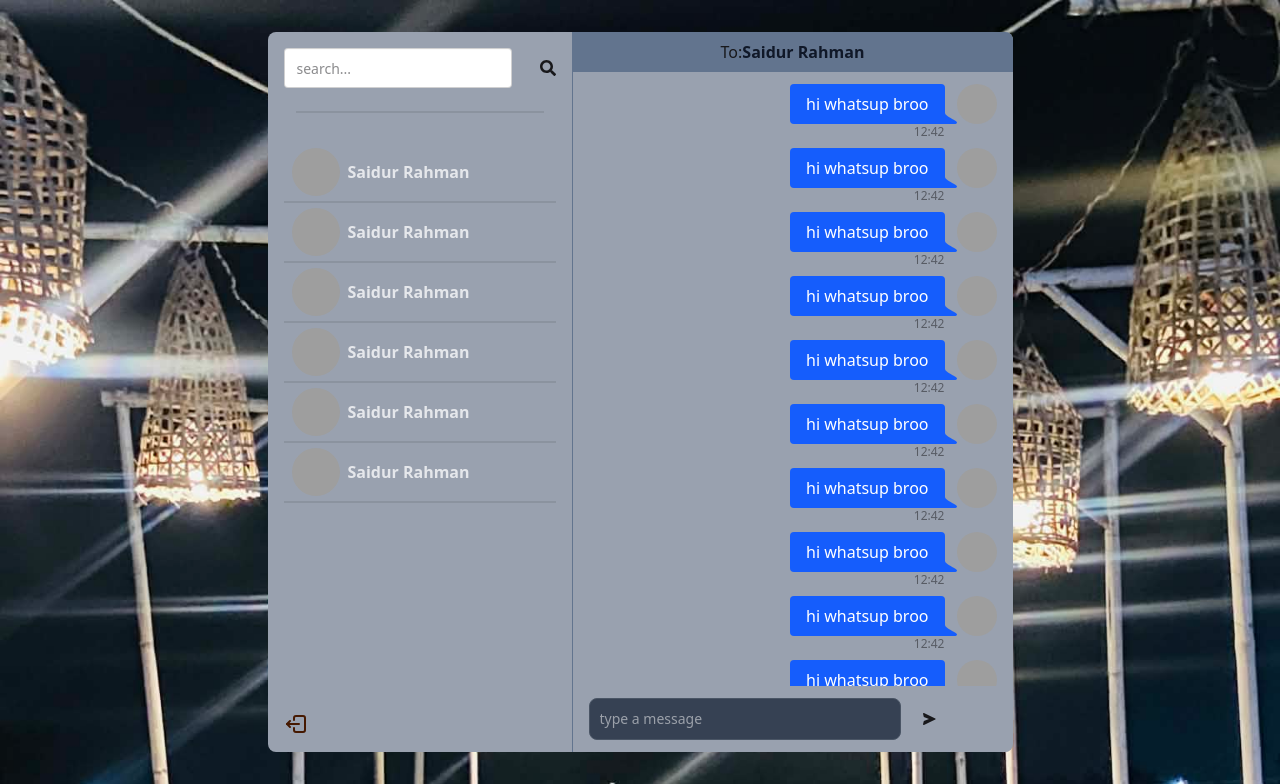
Repository: ridhukhan/chatapp
Page: / (app in frontend/)
An editor plug-in stored every save of this project. The page is shown before and after the next save, followed by the edit.
The browser window is 1280 px wide. The pictures show the whole page.
Pictures or frames that could not be fetched are drawn as grey boxes. An inner scrolling area shows only its first screen. Backgrounds fixed to the window are drawn as part of the page. The project was rebuilt for these pictures with package versions that can differ from the ones it lists, and the page was loaded fresh each time. Also part of the build but not shown: frontend/vite.config.js, frontend/src/Pages/login/Login.jsx, frontend/src/Pages/signup/GendarCheckbox.jsx, frontend/src/Pages/signup/SignUp.jsx.

Above is the page before, as saved 2025-12-25 19:21:24.

After the next save:
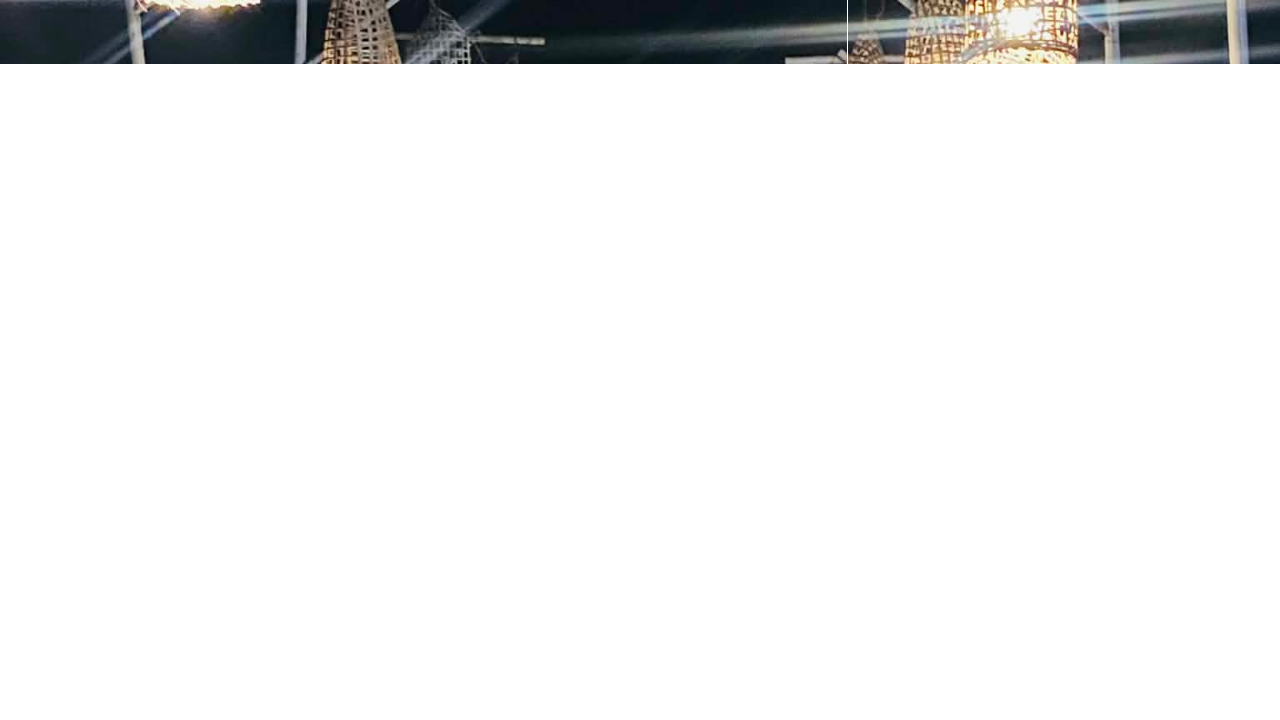
Console error: ReferenceError: useAuthContext is not defined
Saved 26 min 30 s later.
--- a/frontend/src/Components/messages/MessageContainer.jsx
+++ b/frontend/src/Components/messages/MessageContainer.jsx
@@ -1,13 +1,16 @@
 import React from 'react'
 import Messages from './Messages'
 import MessageInput from './MessageInput'
+import {TiMessages} from "react-icons/ti";
+const MessageContainer = () => {
 
-const MessageContainer = () => {
+    const noChatSelected = true;
   return (
     <div className='md:min-w-110 flex flex-col  h-screen'>
 
+     {noChatSelected?(<NoChatSelected/>):(
 
-        <>
+  <>
         <div className='bg-slate-500 px-4 py-2 mb-2'>
             <span className='label-text'>To:</span>
             <span className='text-gray-900 font-bold'>Saidur Rahman</span>
@@ -15,8 +18,24 @@
         <Messages/>
         <MessageInput/>
         </>
+
+     )}
     </div>
   )
 }
 
-export default MessageContainer
+export default MessageContainer;
+
+
+const NoChatSelected = () => {
+	const { authUser } = useAuthContext();
+	return (
+		<div className='flex items-center justify-center w-full h-full'>
+			<div className='px-4 text-center sm:text-lg md:text-xl text-gray-200 font-semibold flex flex-col items-center gap-2'>
+				<p>Welcome 👋 {authUser.fullName} ❄</p>
+				<p>Select a chat to start messaging</p>
+				<TiMessages className='text-3xl md:text-6xl text-center' />
+			</div>
+		</div>
+	);
+};

After the save that followed:
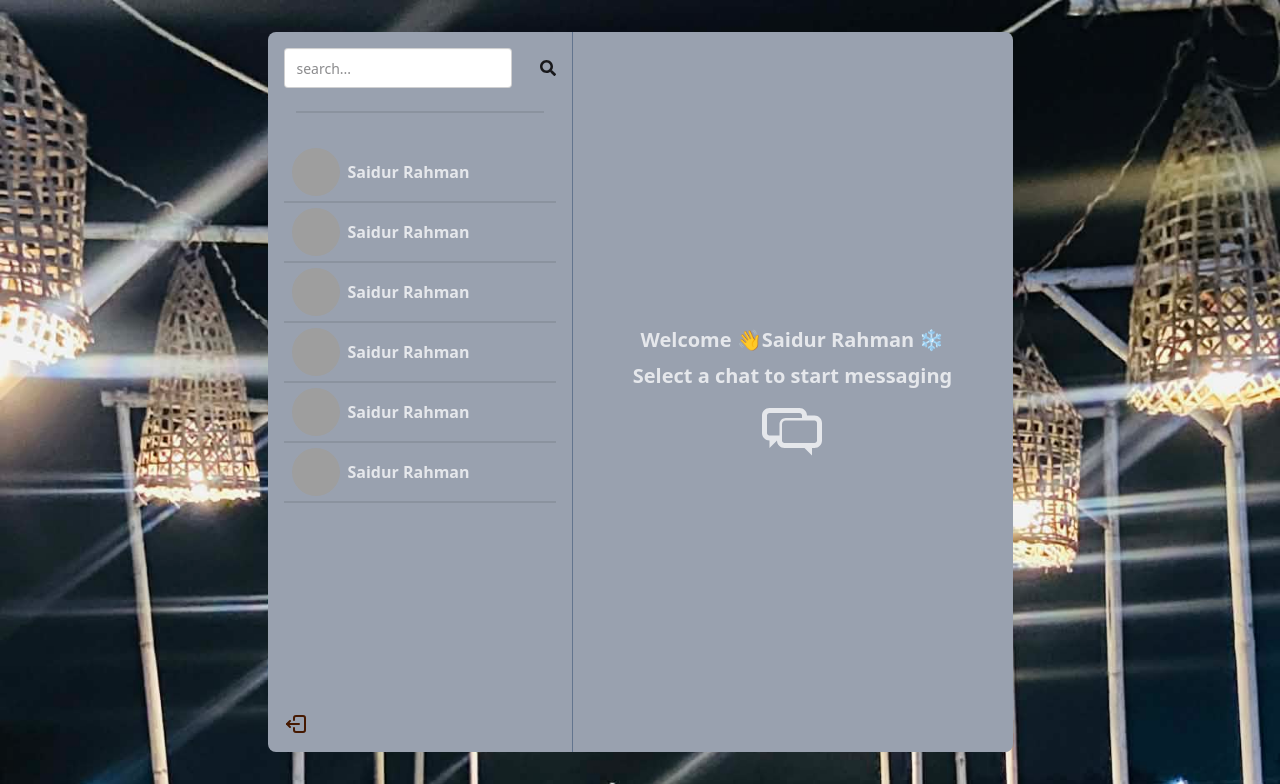
The error is gone.
Saved 90 s later.
--- a/frontend/src/Components/messages/MessageContainer.jsx
+++ b/frontend/src/Components/messages/MessageContainer.jsx
@@ -28,11 +28,10 @@
 
 
 const NoChatSelected = () => {
-	const { authUser } = useAuthContext();
 	return (
 		<div className='flex items-center justify-center w-full h-full'>
 			<div className='px-4 text-center sm:text-lg md:text-xl text-gray-200 font-semibold flex flex-col items-center gap-2'>
-				<p>Welcome 👋 {authUser.fullName} ❄</p>
+				<p>Welcome 👋Saidur Rahman ❄</p>
 				<p>Select a chat to start messaging</p>
 				<TiMessages className='text-3xl md:text-6xl text-center' />
 			</div>
